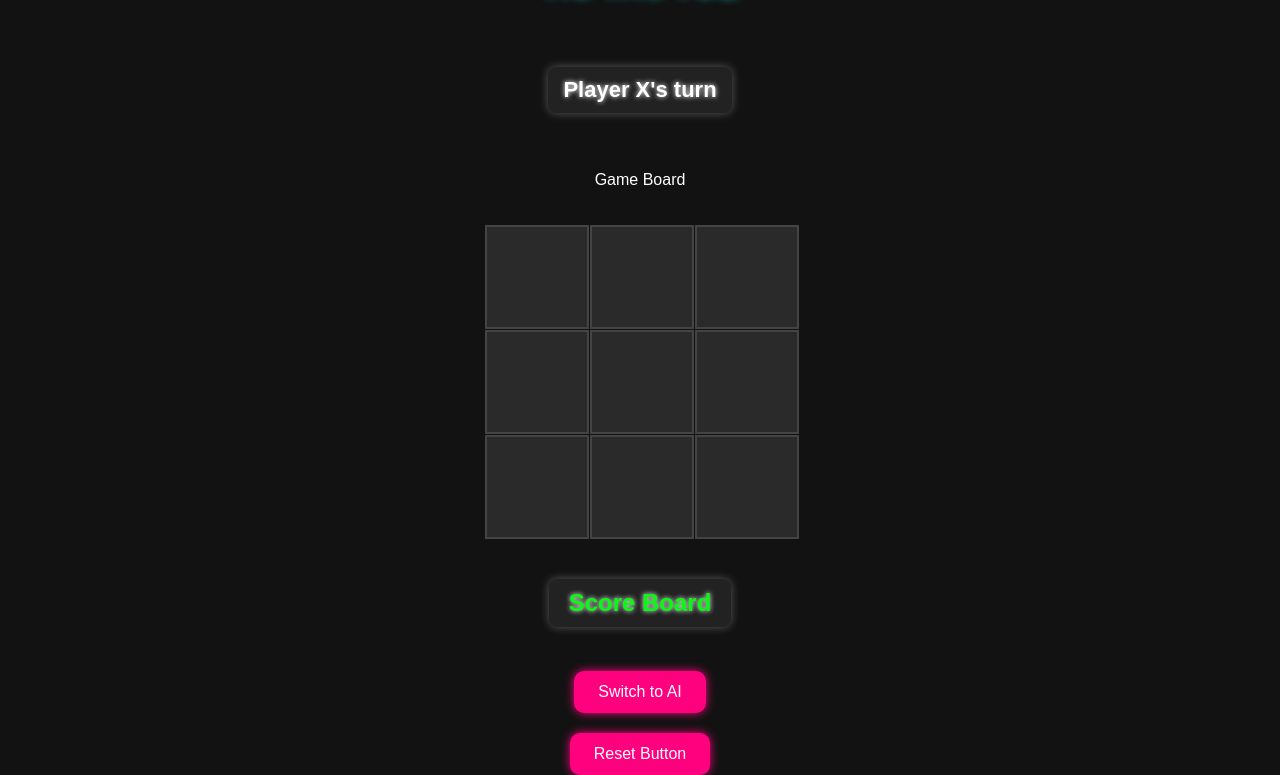
Repository: Yash19075/TicTacToe-game
Page: TicTacToe.html
An editor plug-in stored every save of this project. The page is shown before and after the next save, followed by the edit.
The browser window is 1280 px wide. The pictures show the whole page.

Above is the page before, as saved 2025-03-09 11:15:30.

### TicTacToe.html
<!DOCTYPE html>
<html lang="en">
<head>
    <meta charset="UTF-8">
    <meta name="viewport" content="width=device-width, initial-scale=1.0">
    <title>TicTacToe</title>
    <link rel="stylesheet" href="TicTacToe.css">
</head>
<body>
    <h1>TIC TAC TOE</h1>

    <p class="player-turn">Player X's turn</p>

    <p class="game-board">Game Board</p>
    <div class="css-board">
        <div class="cell" onclick="handleClick(0)"></div>
        <div class="cell" onclick="handleClick(1)"></div>
        <div class="cell" onclick="handleClick(2)"></div>
        <div class="cell" onclick="handleClick(3)"></div>
        <div class="cell" onclick="handleClick(4)"></div>
        <div class="cell" onclick="handleClick(5)"></div>
        <div class="cell" onclick="handleClick(6)"></div>
        <div class="cell" onclick="handleClick(7)"></div>
        <div class="cell" onclick="handleClick(8)"></div>
    </div>
    <p class="score-board">Score Board</p>
    <button class="css-switchButton">Switch to AI</button>
    <button class="css-resetButton" onclick="button_reset()">Reset Button</button>

    <script src="TicTacToe.js"></script>
</body>
</html>

### TicTacToe.css
body {
    display: flex;
    justify-content: center;
    align-items: center;
    flex-direction: column;
    height: 100vh;
    margin: 0;
    gap: 20px;
    background-color: #121212;
    color: white;
    font-family: Arial, sans-serif;
}

h1 {
    font-size: 32px;
    text-shadow: 0 0 10px #00ffff;
}


.css-board {
    display: grid;
    grid-template-columns: repeat(3, 100px);
    grid-template-rows: repeat(3, 100px);
    gap: 5px;
}

/* Game Board Cells */
.css-board div {
    display: flex;
    justify-content: center;
    align-items: center;
    border: 2px solid #444;
    background-color: #2a2a2a;
    color: #00ffff; /* Neon cyan */
    font-size: 36px;
    font-weight: bold;
    width: 100px;
    height: 100px;
    text-shadow: 0 0 10px #00ffff;
    transition: background-color 0.3s ease-in-out, box-shadow 0.3s;
}

/* Hover effect on empty cells */
.css-board div:hover {
    background-color: #333;
    box-shadow: 0 0 10px #00ffff;
    cursor: pointer;
}

/* Buttons */
.css-switchButton, .css-resetButton {
    padding: 12px 24px;
    border-radius: 10px;
    cursor: pointer;
    font-size: 16px;
    border: none;
    background-color: #ff007f; /* Neon pink */
    color: white;
    box-shadow: 0 0 10px #ff007f;
    transition: transform 0.2s ease-in-out, background-color 0.3s, box-shadow 0.3s;
}

.css-switchButton:hover, .css-resetButton:hover {
    background-color: #ff00ff; /* Brighter glow */
    box-shadow: 0 0 15px #ff00ff;
    transform: scale(1.1);
}

.score-board {
    font-size: 24px;
    font-weight: bold;
    padding: 10px 20px;
    border-radius: 8px;
    background-color: #222; /* Dark background */
    color: rgb(6, 251, 14);
    text-shadow: 0 0 5px #ffffff;
    box-shadow: 0 0 10px rgba(255, 255, 255, 0.3);
    transition: background-color 0.3s ease-in-out, box-shadow 0.3s ease-in-out;
}

.player-turn {
    font-size: 22px;
    font-weight: bold;
    padding: 10px 15px;
    border-radius: 8px;
    background-color: #222; /* Dark background */
    color: white;
    text-shadow: 0 0 5px #ffffff;
    box-shadow: 0 0 10px rgba(255, 255, 255, 0.3);
    transition: background-color 0.3s ease-in-out, box-shadow 0.3s ease-in-out, color 0.3s;
}

### TicTacToe.js
let board = ["","","","","","","","",""];
move = 'X';
const cells = document.querySelectorAll(".css-board div");
console.log(cells)

let cellCount = 0;
let winningPattern = [
    [0,1,2],
    [3,4,5],
    [6,7,8],
    [0,3,6],
    [1,4,7],
    [2,5,8],
    [0,4,8],
    [2,4,6]
]

// for (let i = 0; i < cells.length; i++) {
//     cells[i].onclick = function () {
//         handleClick(i);
//     };
// }

function winner() {
    for (let pattern of winningPattern)
    {
        let pos0 = cells[pattern[0]].innerText;
        let pos1 = cells[pattern[1]].innerText;
        let pos2 = cells[pattern[2]].innerText;
        // console.log(pos0,pos1,pos2);
        if(pos0 != "" && pos1!= "" && pos2 != "")
        {
            if(pos0 === pos1 && pos1 === pos2)
            {
                // console.log("Winner");
                document.querySelector(".score-board").innerText = `${pos0}'s Win`;
                for (let cell of cells) {
                    cell.onclick = null;
                    cell.classList.add("disabled");
                }
            return pos0;
            }
        }
        if(cellCount == 9)
        {
            document.querySelector(".score-board").innerText = `Its a draw`;
        }
    }
}



function handleClick(index) {
 if(move === 'X')
    {
        document.querySelector(".player-turn").innerHTML = `Player 0's turn`;
    }
    else
    {
        document.querySelector(".player-turn").innerHTML = `Player X's turn`
    }
    if (cells[index].innerHTML === '') {
        cells[index].innerHTML = move;
        move = move === 'X' ? 'O' : 'X';
        cells[index].onclick = null;
        cellCount++;
        console.log(cellCount);
    }
    winner();
}

function button_reset() {
    for(let i = 0; i <cells.length; i++)
    {
        cells[i].innerHTML = '';
        board[i] = '';
        document.querySelector(".score-board").innerText = 'ScoreBoard';
        cells[i].onclick = function() { handleClick(i); };
        document.querySelector(".player-turn").innerHTML = `Player X's turn`;
        cellCount = 0;
    }
    move = 'X'
}

After the next save:
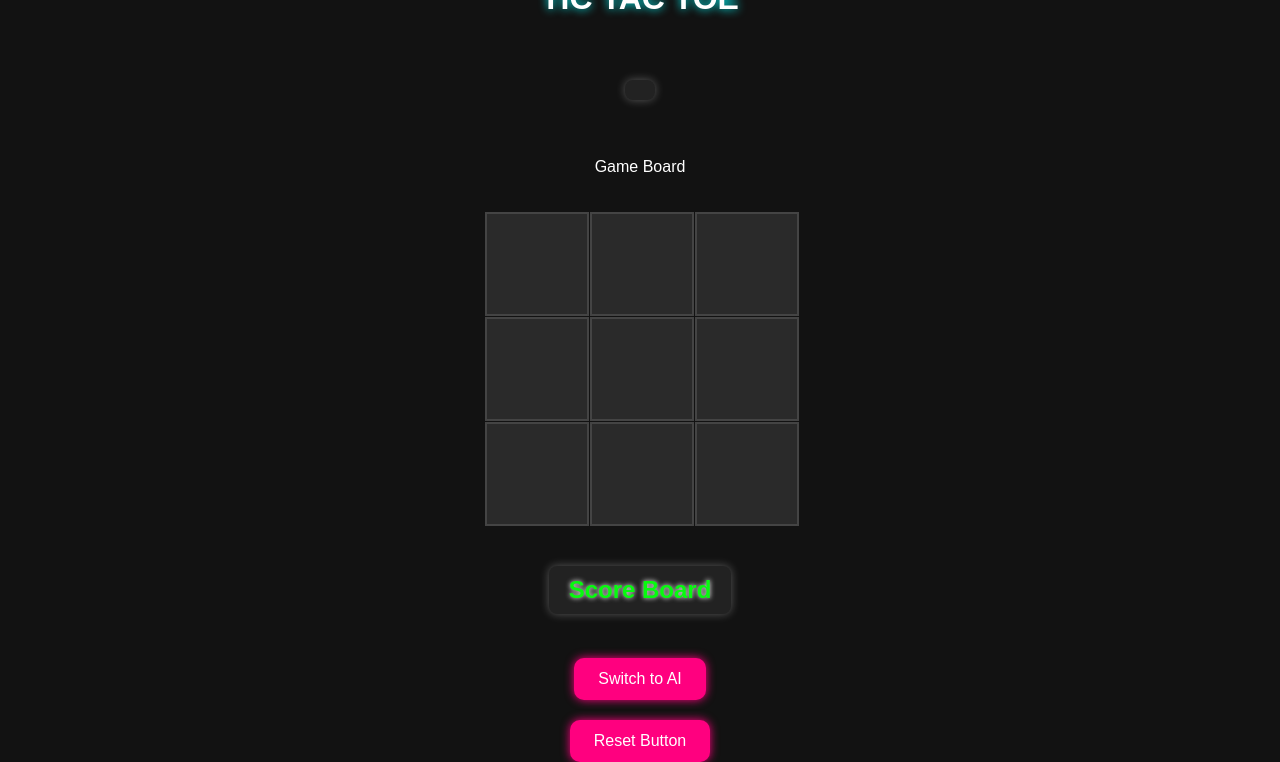
Saved 16 s later.
--- a/TicTacToe.html
+++ b/TicTacToe.html
@@ -9,9 +9,9 @@
 <body>
     <h1>TIC TAC TOE</h1>
 
-    <p class="player-turn">Player X's turn</p>
+    <p class="player-turn"></p>
 
-    <p class="game-board">Game Board</p>
+    <p>Game Board</p>
     <div class="css-board">
         <div class="cell" onclick="handleClick(0)"></div>
         <div class="cell" onclick="handleClick(1)"></div>
